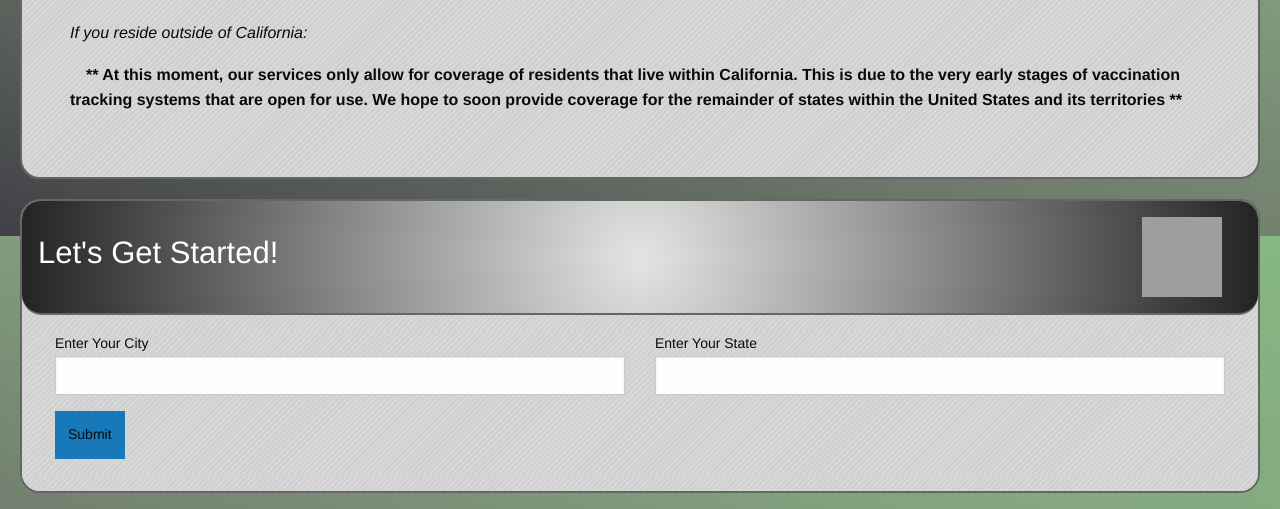
Repository: seddboi/Save-A-Shot
Page: index.html
The author's editor kept a copy of each file at every save. The page is drawn from the files as they stood at one save, then again after the next save.
The browser window is 1280 px wide. The pictures show the part of the page from y = 1204 to 1713 px (the page is 1713 px tall).
Pictures or frames that could not be fetched are drawn as grey boxes. A picture or video elsewhere on the page could not be fetched, so the positions and the page height are approximate. The page's requests for data from a server got no answer. Backgrounds fixed to the window are drawn as part of the page. Some web libraries are served in a nearby version.

Above is the page before, as saved 2021-03-19 22:28:48.

### index.html
<!DOCTYPE html>
<html lang="en">
  <head>
    <meta charset="UTF-8" />
    <meta name="viewport" content="width=device-width, initial-scale=1.0" />
    <meta http-equiv="X-UA-Compatible" content="ie=edge" />

    <link rel="stylesheet" href="https://pro.fontawesome.com/releases/v5.10.0/css/all.css"
    integrity="sha384-AYmEC3Yw5cVb3ZcuHtOA93w35dYTsvhLPVnYs9eStHfGJvOvKxVfELGroGkvsg+p"
    crossorigin="anonymous"
    />

    <link rel="stylesheet" href="https://cdn.jsdelivr.net/npm/foundation-sites@6.6.3/dist/css/foundation.min.css"
    integrity="sha256-ogmFxjqiTMnZhxCqVmcqTvjfe1Y/ec4WaRj/aQPvn+I="
    crossorigin="anonymous">

    <link rel="stylesheet" href="./assets/css/style.css" />
    <title>Save-A-Shot</title>
  </head>

  <body>
    <div class="top-bar">
      <div class="top-bar-left">
        <h5 class="menu-text"><strong>Save-A-Shot</strong></h5>
      </div>
      <div class="top-bar-right align-middle">
        <ul class="menu" id='menu'>
          <li><a  href="#mission">About</a></li>
          <li><a href=#services>Services</a></li>
          <li><a href="#start-form">Get Started</a></li>
        </ul>
      </div>
    </div>

    <div class="main-title">
      <div class="main-title-text">
          <h1>Welcome to <br /><strong>Save-A-Shot</strong></h1>
      </div>
    </div>


    <div id ='mission' class="callout grid-x primary clearfix ">
      <div class='grid-x grid-padding-x align-spaced align-middle'>
        <div class='cell small-6'>
          <h3>Our Mission</h3>
          <p>&emsp;As the pandemic continues to spread wildly around us, we have all had to face the stress and uncertainty of how our safety and health could result in the end. So with Save-A-Shot, we wanted to create a universal mapping program that could assist in keeping you safe from the Coronavirus 2019. With the vaccine still being relatively new, there is much uncertainty and confusion of how and where you could get the vaccine. Whether it be for yourself or your loved ones, Save-A-Shot was made out to create a universal guide to locating and scheduling vaccination appointments, at the simple click of a button.</p>
        </div>
        <img id='get-vaccinated-gif' src="https://media.giphy.com/media/FO8CZ01HoTCA5ahQQq/giphy.gif">
      </div>
    </div>

    <div id='services' class="callout large primary">
      <div id='top-section-services' class='grid-x align-justify align-middle'>
        <img id='multi-vax-gif' class='large-order-1 medium-order-1 small-order-2' src='https://media.giphy.com/media/eCYMDIvccUYqNjTXHr/giphy.gif'>
        <div class='cell small-6 large-order-2 medium-order-2 small-order-1 grid-y'>
          <h3>How We Can Help</h3>
          <p><em>If you reside within California:</em>
            <ul>
              <li>We provide information on how widespread the virus is in your area</li>
              <li>We present a localized map of nearby clinics/hospitals/pharmacies that provide COVID 19 vaccination services</li>
              <li>We also provide the ability to follow another link to schedule a vaccination appointment (where availability and accessibility allows)</li>
            </ul>
          </p>
        </div>
      </div>
      <p><em>If you reside outside of California:</em>
        <p>&emsp;<strong>** At this moment, our services only allow for coverage of residents that live within California. This is due to the very early stages of vaccination tracking systems that are open for use. We hope to soon provide coverage for the remainder of states within the United States and its territories **</strong></p>
      </p>
    </div>

    <div id='bottom-form' class="card grid-x" >
      <div id='card-divider'class="card-divider align-justify align-middle">
        <h3 id='start-form'>Let's Get Started!</h3>
        <img id='virus-gif' src="https://media.giphy.com/media/GWW6OQgQyJLHB0rkx3/giphy.gif">
      </div>
      <div class="card-section" id='card-section'>
        <form id='form'>
          <div class="grid-container">
            <div class="grid-x grid-padding-x">
              <div class="medium-6 cell">
                <label>Enter Your City
                  <input id ='city' type="text" >
                </label>
              </div>
              <div class="medium-6 cell">
                <label>Enter Your State
                  <input id='state' type="text" >
                </label>
              </div>
            </div>
            <button type='button' class='button small'>
              <a href='results.html'><label>Submit</label></a>
            </button>
          </div>

          <!-- or ...

          <div class='grid-container'>
            <div class='grid-x grid-padding-x'>
              <label>
                Enter Your Zip Code
                <input id='zipcode' class='cell medium-6' type="number" >
              </label>
            </div>
            <button href='results.html' type='button' class='button'>
              <a href='results.html'><label>Submit</label></a>
            </button>
          </div> -->
        </form>
      </div>
    </div>



    <script src="https://cdnjs.cloudflare.com/ajax/libs/jquery/3.2.1/jquery.min.js"></script>
    <script src='./assets/js/scheduler.js'></script>
  </body>

### assets/css/style.css
* {
    box-sizing: border-box;
}

body {
    background: linear-gradient(380deg, #404046, #6f7a6c, #84a480, #86b880) fixed 100%;
}

.top-bar {
    background-image: radial-gradient(circle at center center, rgba(33,33,33,0),rgb(33,33,33)),repeating-linear-gradient(135deg, rgb(33,33,33) 0px, rgb(33,33,33) 1px,transparent 1px, transparent 4px),repeating-linear-gradient(45deg, rgb(56,56,56) 0px, rgb(56,56,56) 5px,transparent 5px, transparent 6px),linear-gradient(90deg, rgb(33,33,33),rgb(33,33,33));
    border: 2px outset rgb(128, 128, 128);
    color: #ffffff;
    border-radius: 10px;;
    margin: 5px;
}

#menu {
    background-color: transparent;
}

.top-bar ul li a {
    text-decoration: none;
    color: #ffffff;
}

.main-title {
    background: url("https://cdn.the-scientist.com/assets/articleNo/68059/hImg/40017/istock-1215208129-banner-l.png") 50% no-repeat;
    background-size: cover;
    height: 50vh;
    border-radius: 10px;
    margin-left: 20px;
    margin-right: 20px;
    margin-top: 20px;
    text-align: center;
    display: -webkit-flex;
    display: -ms-flexbox;
    display: flex;
    -webkit-align-items: center;
        -ms-flex-align: center;
            align-items: center;
    -webkit-justify-content: center;
        -ms-flex-pack: center;
            justify-content: center;
}

#bottom-form {
    background-image: repeating-linear-gradient(315deg, rgba(134,134,134, 0.1) 0px, rgba(134,134,134, 0.1) 2px,transparent 2px, transparent 4px),linear-gradient(270deg, rgb(216,216,216),rgb(216,216,216));    border: 1px solid#666;
    margin-left: 20px;
    margin-right: 20px;
    margin-top: 20px;
    border: 2px solid #666;
    border-radius: 20px;
}

#card-divider {
    border-bottom: 2px solid #666;
    border-bottom-left-radius: 20px;
    border-bottom-right-radius: 20px;
    background-image: radial-gradient(circle at center center, rgb(228, 228, 228),rgb(35,35,35));
    color: #ffffff;
}

.main-title-text {
    color: #fefefe;
    text-shadow: 3px 3px 7px #0a0a0a;
}

#mission {
    margin-left: 20px;
    margin-right: 20px;
    margin-top: 20px;
    border: 2px solid #666;
    border-radius: 20px;
    background-image: repeating-linear-gradient(315deg, rgba(134,134,134, 0.1) 0px, rgba(134,134,134, 0.1) 2px,transparent 2px, transparent 4px),linear-gradient(270deg, rgb(216,216,216),rgb(216,216,216));
}

#get-vaccinated-gif {
    width: 300px;
    height: auto;
    border: 1px solid#666;
    border-radius: 7px;
}

#services {
    margin-left: 20px;
    margin-right: 20px;
    margin-top: 20px;
    border: 2px solid #666;
    border-radius: 20px;
    background-image: repeating-linear-gradient(315deg, rgba(134,134,134, 0.1) 0px, rgba(134,134,134, 0.1) 2px,transparent 2px, transparent 4px),linear-gradient(270deg, rgb(216,216,216),rgb(216,216,216));
}

#top-section-services {
    margin-bottom: 40px;
}

#multi-vax-gif {
    width: 40%;
    height: 40%;
    border: 1px solid#666;
    border-radius: 7px;
}

#card-section {
    background-image: repeating-linear-gradient(315deg, rgba(134,134,134, 0.1) 0px, rgba(134,134,134, 0.1) 2px,transparent 2px, transparent 4px),linear-gradient(270deg, rgb(216,216,216),rgb(216,216,216));
}

#form {
    background-image: repeating-linear-gradient(315deg, rgba(134,134,134, 0.1) 0px, rgba(134,134,134, 0.1) 2px,transparent 2px, transparent 4px),linear-gradient(270deg, rgb(216,216,216),rgb(216,216,216));
}

#virus-gif {
    width: 80px;
    height: 80px;
    margin-right: 20px;
}

### assets/js/scheduler.js
// This is our Javascript:

var website = "https://api.vaccinateca.com/v1/locations.json"
var zip = 92101;

var dataSet = function(url){
    fetch(url).then(function(response){
        if(response.ok){
            response.json().then(data => {
                console.log(data)
                var count = 0;

                for(var i = 0; i < data.content.length; i++){
                    count++;
                    var address = data.content[i].Address;

                    if("Availability Info" in data.content[i]){
                        var available = data.content[i]["Availability Info"][0];
                        if(available.includes("Yes")){
                            getLocations(zip, address);
                        }
                    }
                    else{
                        continue;
                    }
                }
            })
        }
        else{
            console.log("error: " + response.statusText)
        }
    })
}

function getLocations(zipCode, address){
    try{
        if(address.includes(zipCode)){//might need a function next here.
            console.log(address)
        }
    }catch{
        // need to add something since it returns undefined and might cause a problem later.
        console.log("Error")
    }
}

dataSet(website);

// Starting from here the maps api section is here.
// keep this for now this is using google maps and for the map on the website
// maybe use open street map instead

// var script = document.createElement("script");
// var mapArea = document.createElement("div");
// var key = "AIzaSyAA56LyLz0Je0lF6xwbl9DLhzuI_QOurJM"
// var mapsite = "https://maps.googleapis.com/maps/api/js?key=" + key + "&callback=initMap&libraries=&v=weekly"

// mapArea.id = "map";
// mapArea.style.height = "100%";
// script.src = mapsite;

// document.body.insertBefore(mapArea, document.body.firstChild)
// document.body.appendChild(script);

// let map;

// function initMap() {
//   map = new maps.Map(mapArea, {
//     center: { lat: -34.397, lng: 150.644 },
//     zoom: 8,
//   });
// }

// initMap();

After the next save:
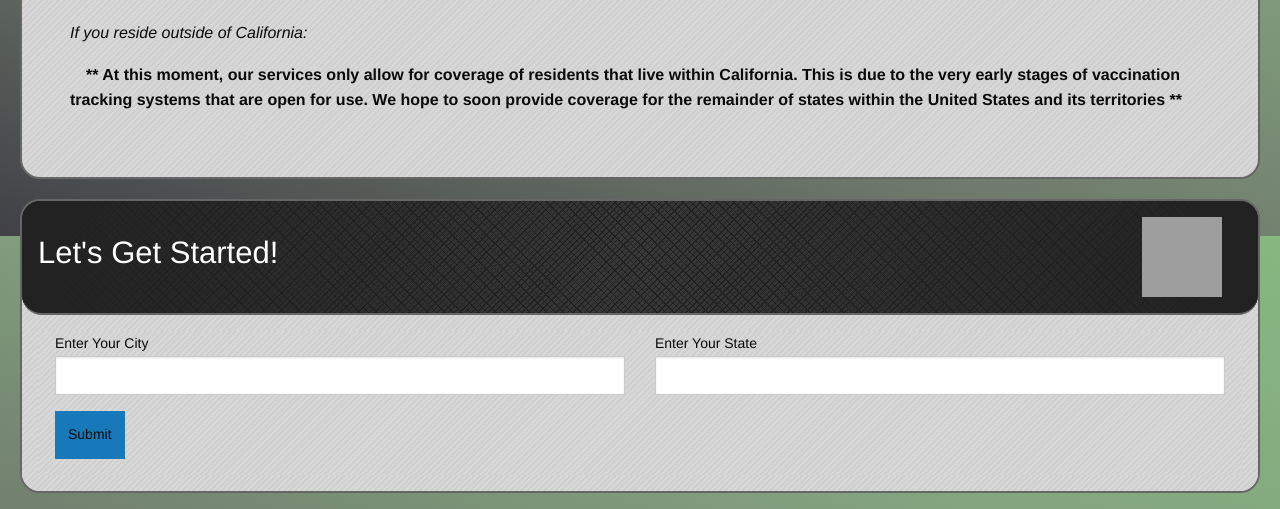
Saved 68 s later.
--- a/assets/css/style.css
+++ b/assets/css/style.css
@@ -56,7 +56,7 @@ body {
     border-bottom: 2px solid #666;
     border-bottom-left-radius: 20px;
     border-bottom-right-radius: 20px;
-    background-image: radial-gradient(circle at center center, rgb(228, 228, 228),rgb(35,35,35));
+    background-image: radial-gradient(circle at center center, rgba(33,33,33,0),rgb(33,33,33)),repeating-linear-gradient(135deg, rgb(33,33,33) 0px, rgb(33,33,33) 1px,transparent 1px, transparent 4px),repeating-linear-gradient(45deg, rgb(56,56,56) 0px, rgb(56,56,56) 5px,transparent 5px, transparent 6px),linear-gradient(90deg, rgb(33,33,33),rgb(33,33,33));
     color: #ffffff;
 }
 
